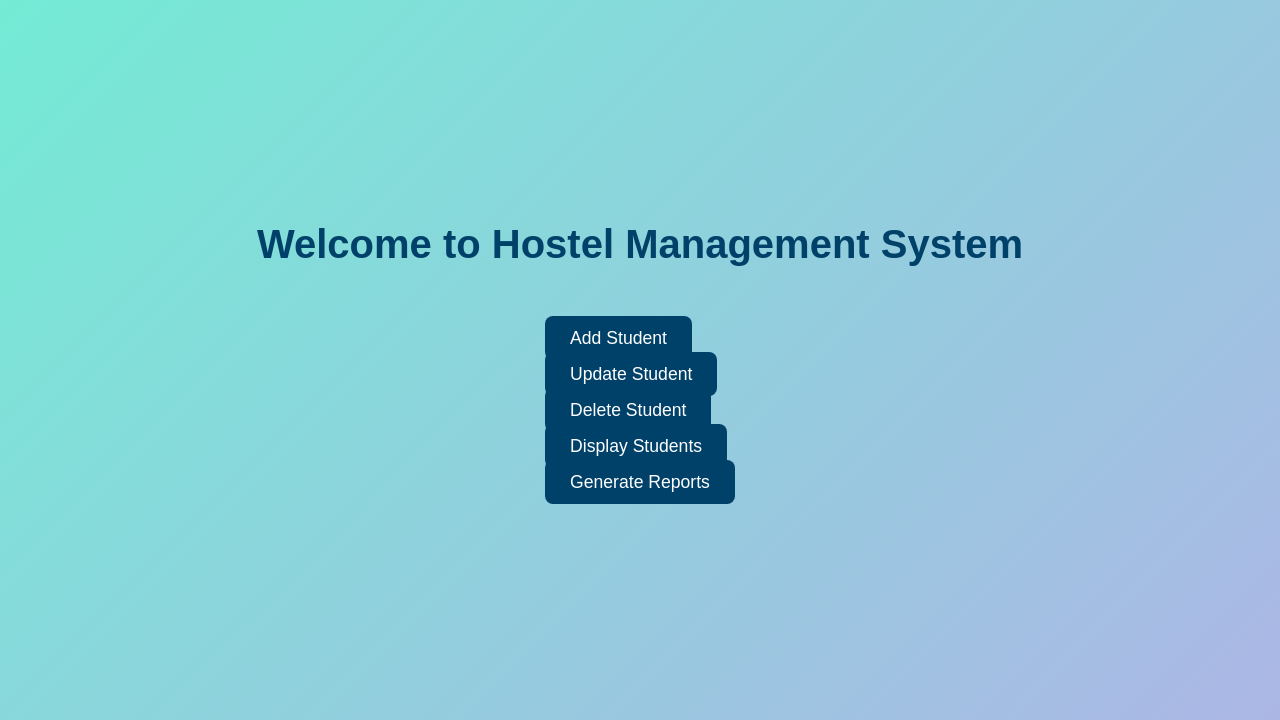
Repository: Adhyashetty-bit/Hostel-Management-System
Page: http://localhost/HostelWebApp/
These files come from the project's save history. The page is drawn as it stood at one moment and after the next save; the edit follows.
The browser window is 1280 px wide. The pictures show the whole page.
The page is served by Tomcat 9. Other server files are loaded and not shown.

Above is the page before, as saved 2025-05-27 07:09:09.

### HostelWebApp/src/main/webapp/index.jsp
<%-- <%@ page language="java" contentType="text/html; charset=UTF-8" pageEncoding="UTF-8"%>
<!DOCTYPE html>
<html>
<head>
    <title>Hostel Management System</title>
</head>
<body>
    <h1>Welcome to Hostel Management System</h1>
    <ul>
        <li><a href="studentadd.jsp">Add Student</a></li>
        <li><a href="studentupdate.jsp">Update Student</a></li>
        <li><a href="studentdelete.jsp">Delete Student</a></li>
        <li><a href="studentdisplay.jsp">Display Students</a></li>
        <li><a href="report_form.jsp">Generate Reports</a></li>
    </ul>
</body>
</html> --%>


<%@ page language="java" contentType="text/html; charset=UTF-8" pageEncoding="UTF-8"%>
<!DOCTYPE html>
<html>
<head>
    <title>Hostel Management System</title>
    <style>
        body {
            font-family: Arial, sans-serif;
            background: linear-gradient(135deg, #74ebd5 0%, #ACB6E5 100%);
            margin: 0;
            padding: 0;
            display: flex;
            flex-direction: column;
            height: 100vh;
            justify-content: center;
            align-items: center;
            color: #333;
        }

        h1 {
            margin-bottom: 30px;
            font-size: 2.5em;
            color: #00416A;
        }

        ul {
            list-style-type: none;
            padding: 0;
        }

        li {
            margin: 15px 0;
        }

        a {
            text-decoration: none;
            background-color: #00416A;
            color: white;
            padding: 12px 25px;
            border-radius: 8px;
            font-size: 1.1em;
            transition: background-color 0.3s ease, transform 0.3s ease;
        }

        a:hover {
            background-color: #007FFF;
            transform: scale(1.05);
        }
    </style>
</head>
<body>
    <h1>Welcome to Hostel Management System</h1>
    <ul>
        <li><a href="studentadd.jsp">Add Student</a></li>
        <li><a href="studentupdate.jsp">Update Student</a></li>
        <li><a href="studentdelete.jsp">Delete Student</a></li>
        <li><a href="studentdisplay.jsp">Display Students</a></li>
        <li><a href="report_form.jsp">Generate Reports</a></li>
    </ul>
</body>
</html>

After the next save:
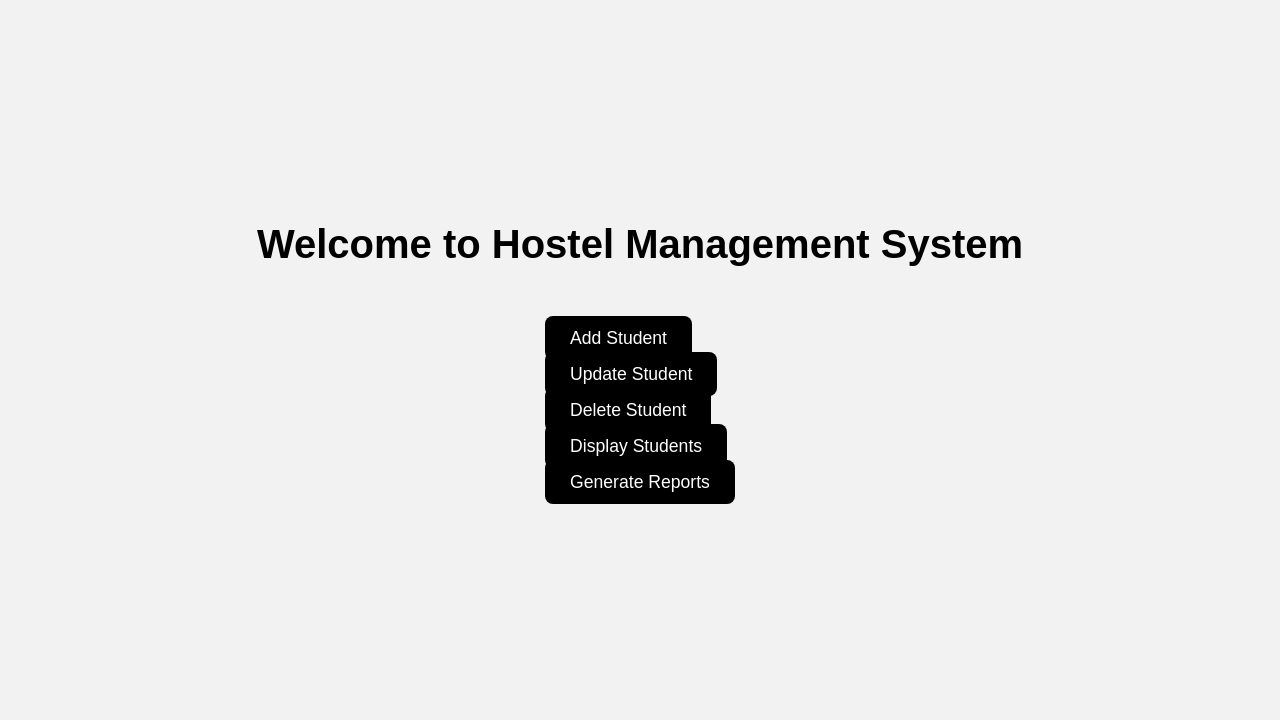
Saved 4 min 44 s later.
--- a/HostelWebApp/src/main/webapp/index.jsp
+++ b/HostelWebApp/src/main/webapp/index.jsp
@@ -1,22 +1,3 @@
-<%-- <%@ page language="java" contentType="text/html; charset=UTF-8" pageEncoding="UTF-8"%>
-<!DOCTYPE html>
-<html>
-<head>
-    <title>Hostel Management System</title>
-</head>
-<body>
-    <h1>Welcome to Hostel Management System</h1>
-    <ul>
-        <li><a href="studentadd.jsp">Add Student</a></li>
-        <li><a href="studentupdate.jsp">Update Student</a></li>
-        <li><a href="studentdelete.jsp">Delete Student</a></li>
-        <li><a href="studentdisplay.jsp">Display Students</a></li>
-        <li><a href="report_form.jsp">Generate Reports</a></li>
-    </ul>
-</body>
-</html> --%>
-
-
 <%@ page language="java" contentType="text/html; charset=UTF-8" pageEncoding="UTF-8"%>
 <!DOCTYPE html>
 <html>
@@ -25,7 +6,8 @@
     <style>
         body {
             font-family: Arial, sans-serif;
-            background: linear-gradient(135deg, #74ebd5 0%, #ACB6E5 100%);
+            background-color: #f2f2f2; /* Light gray background */
+            color: #000; /* Black text */
             margin: 0;
             padding: 0;
             display: flex;
@@ -33,13 +15,11 @@
             height: 100vh;
             justify-content: center;
             align-items: center;
-            color: #333;
         }
 
         h1 {
             margin-bottom: 30px;
             font-size: 2.5em;
-            color: #00416A;
         }
 
         ul {
@@ -53,7 +33,7 @@
 
         a {
             text-decoration: none;
-            background-color: #00416A;
+            background-color: #000; /* Black button */
             color: white;
             padding: 12px 25px;
             border-radius: 8px;
@@ -62,7 +42,7 @@
         }
 
         a:hover {
-            background-color: #007FFF;
+            background-color: #333;
             transform: scale(1.05);
         }
     </style>
